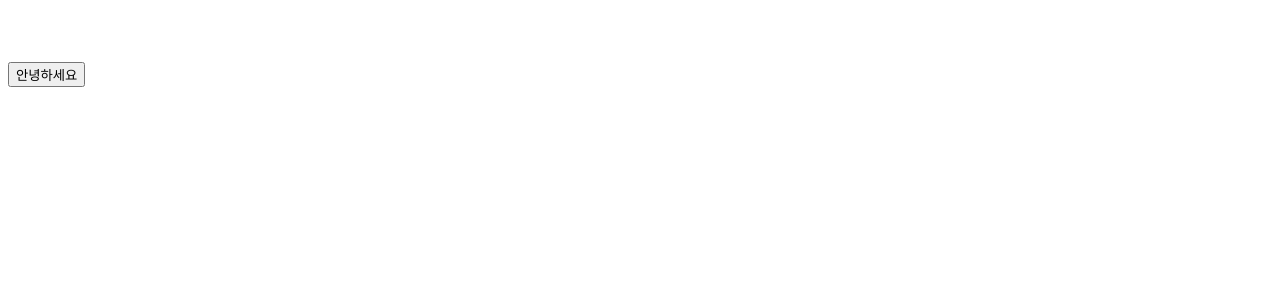
Repository: minimelody/servlet
Page: webworkspace2/web1/WebContent/index.html
The author's editor kept a copy of each file at every save. The page is drawn from the files as they stood at one save, then again after the next save.
The browser window is 1280 px wide. The pictures show the whole page.

Above is the page before, as saved 2018-05-17 06:25:10.

After the next save:
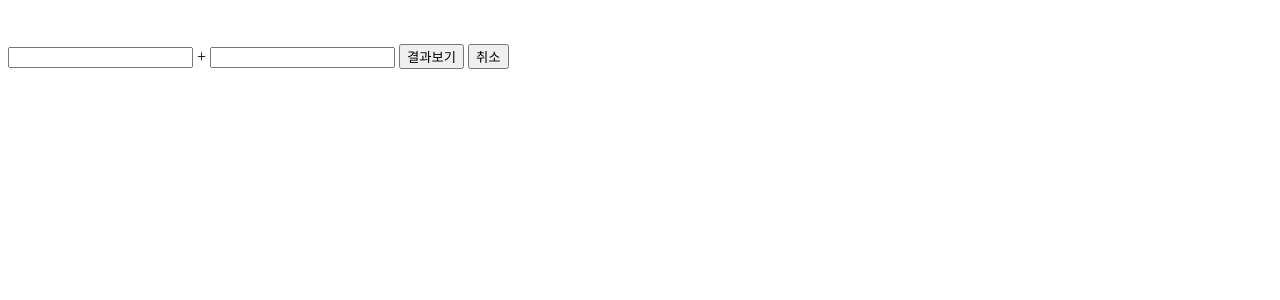
Saved 17 min 22 s later.
--- a/webworkspace2/web1/WebContent/index.html
+++ b/webworkspace2/web1/WebContent/index.html
@@ -5,14 +5,24 @@
 <title>미경의 홈페이지</title>
 </head>
 <body>
+	<!--
 	<br><br><br>
 	<form action="test" method="get">
 
-		<!--  <input type="text" name="str">
+		 <input type="text" name="str">
 		<input type="submit" value="호출"> -->
 
-		<input type="submit" value="안녕하세요">
+		<!--  <input type="submit" value="안녕하세요">
 
+	</form>
+	-->
+
+	<br><br>
+	<form action="plus" method="get">
+		<input type="text" name="firstValue"> +
+		<input type="text" name="secondValue">
+		<input type="submit" value="결과보기">
+		<input type="reset" value="취소">
 	</form>
 </body>
 </html>
